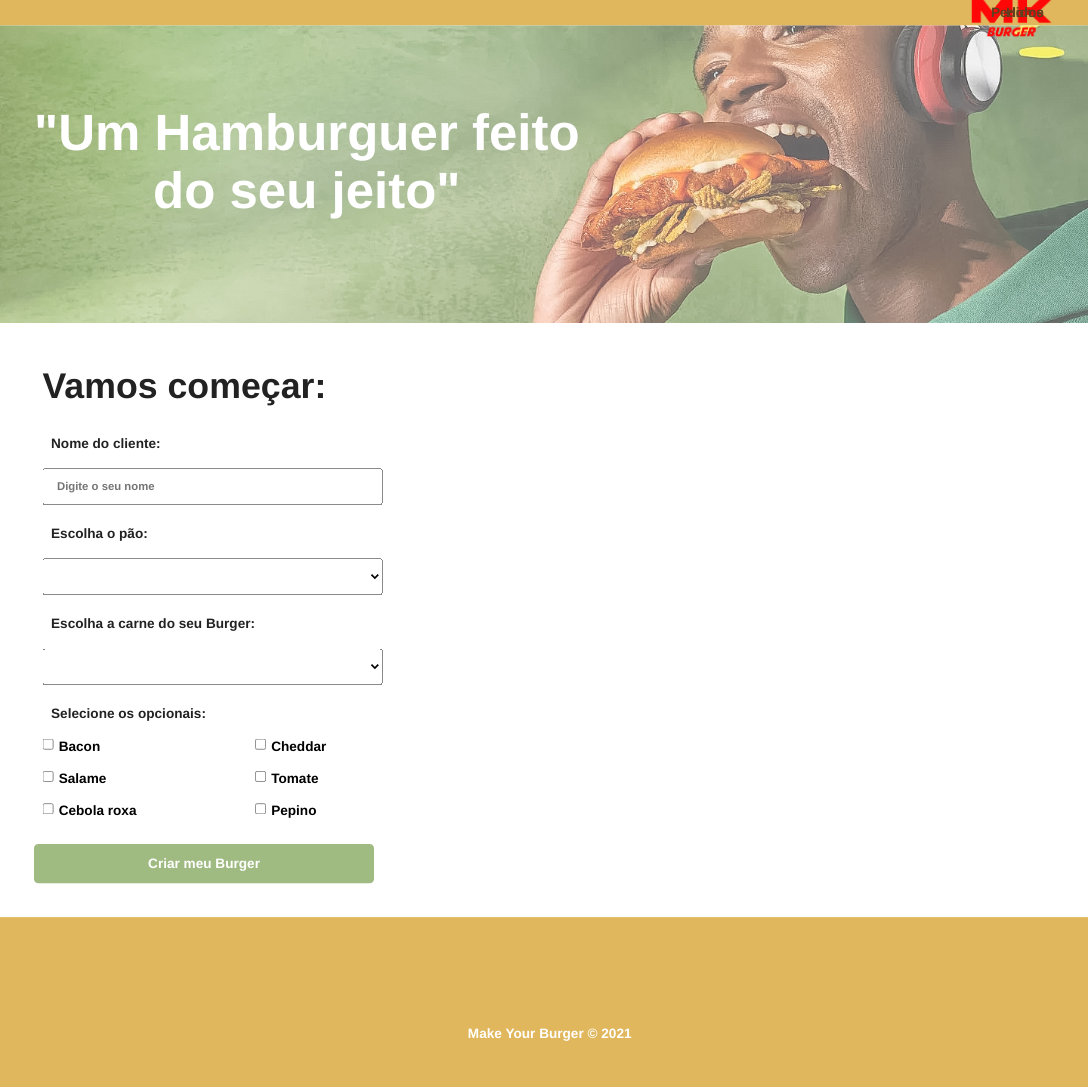
Repository: MarcoantonioCaldeira/Sistema-para-Hamburgueria
Page: /
The author's editor kept a copy of each file at every save. The page is drawn from the files as they stood at one save, then again after the next save.
The browser window is 1280 px wide. The pictures show the whole page, at 85% of full size.
The project was rebuilt for these pictures with package versions that can differ from the ones it lists, and the page was loaded fresh each time. Requests to the local data server were answered from the project's data file. Also part of the build but not shown: vue.config.js.

Above is the page before, as saved 2022-11-02 22:28:34.

After the next save:
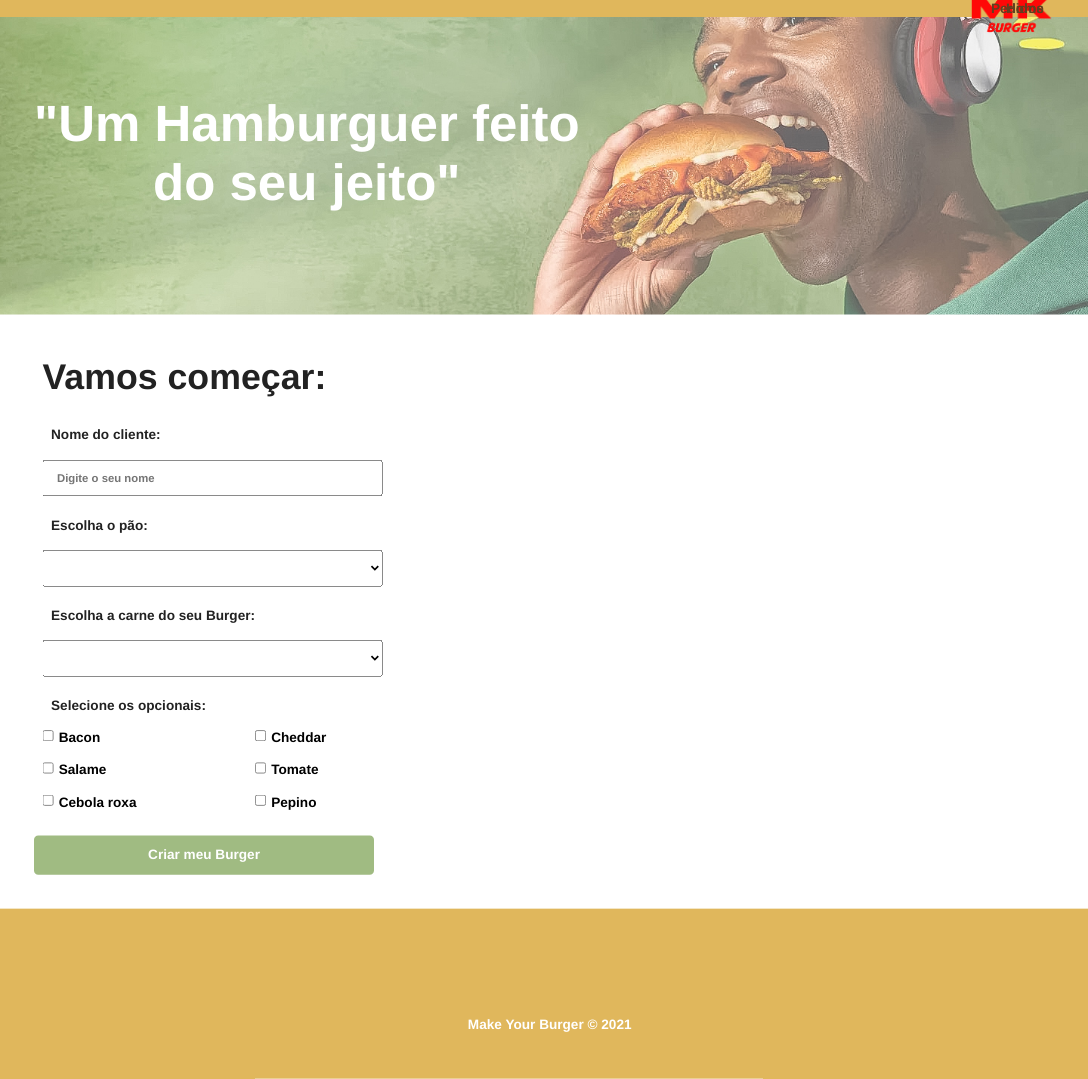
Saved 7 s later.
--- a/src/components/Navbar.vue
+++ b/src/components/Navbar.vue
@@ -18,7 +18,7 @@
     <style>
     #nav{
         background-color: rgb(224, 183, 92);
-        padding: 15px 40px;
+        padding: 10px 40px;
         display: flex;
         justify-content: flex-end;
         align-items: center;
